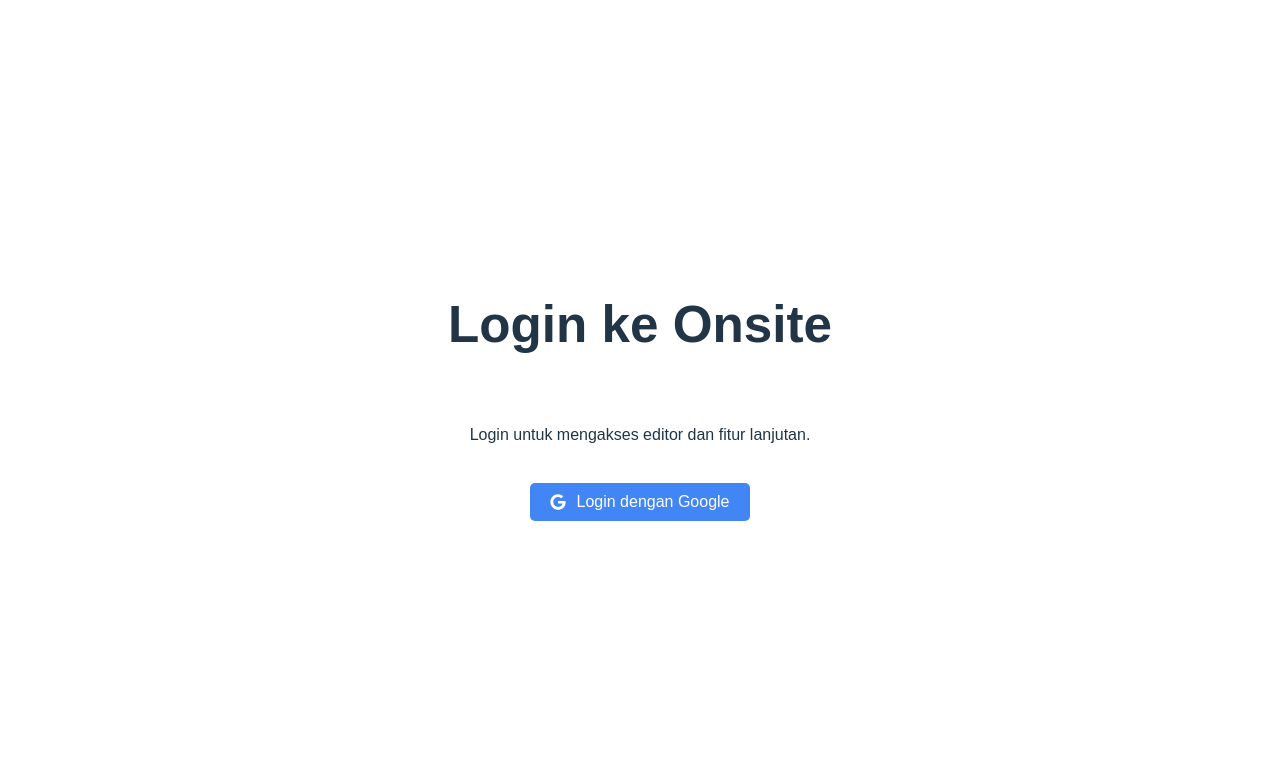
Repository: arifsoul/onsite
Page: /login (app in onsite/)
An editor plug-in stored every save of this project. The page is shown before and after the next save, followed by the edit.
The browser window is 1280 px wide. The pictures show the whole page.
The project was rebuilt for these pictures with package versions that can differ from the ones it lists, and the page was loaded fresh each time. Also part of the build but not shown: onsite/vite.config.js, onsite/src/services/deepseekApi.js, onsite/src/components/Generator/AIGenerator.css, onsite/src/components/Generator/AIGenerator.jsx, onsite/src/components/Preview/LivePreview.css, onsite/src/components/Preview/LivePreview.jsx, onsite/src/pages/Home.jsx, onsite/src/components/Editor/CSSPanel.jsx and 4 more.

Above is the page before, as saved 2025-04-14 17:00:15.

### onsite/src/index.css
:root {
  font-family: system-ui, Avenir, Helvetica, Arial, sans-serif;
  line-height: 1.5;
  font-weight: 400;

  color-scheme: light dark;
  color: rgba(255, 255, 255, 0.87);
  background-color: #242424;

  font-synthesis: none;
  text-rendering: optimizeLegibility;
  -webkit-font-smoothing: antialiased;
  -moz-osx-font-smoothing: grayscale;
}

a {
  font-weight: 500;
  color: #646cff;
  text-decoration: inherit;
}
a:hover {
  color: #535bf2;
}

body {
  margin: 0;
  display: flex;
  place-items: center;
  min-width: 320px;
  min-height: 100vh;
  font-family: Arial, sans-serif;
}

h1 {
  font-size: 3.2em;
  line-height: 1.1;
}

button {
  border-radius: 8px;
  border: 1px solid transparent;
  padding: 0.6em 1.2em;
  font-size: 1em;
  font-weight: 500;
  font-family: inherit;
  background-color: #1a1a1a;
  cursor: pointer;
  transition: border-color 0.25s;
}
button:hover {
  border-color: #646cff;
}
button:focus,
button:focus-visible {
  outline: 4px auto -webkit-focus-ring-color;
}

@media (prefers-color-scheme: light) {
  :root {
    color: #213547;
    background-color: #ffffff;
  }
  a:hover {
    color: #747bff;
  }
  button {
    background-color: #f9f9f9;
  }
}

### onsite/src/App.jsx
import { BrowserRouter as Router, Routes, Route } from 'react-router-dom';
import { Auth0Provider } from '@auth0/auth0-react';
import { CodeProvider } from './context/CodeContext';
import Home from './pages/Home';
import Editor from './pages/Editor';
import Login from './pages/Login';
import './App.css';

function App() {
  return (
    <Auth0Provider
      domain={import.meta.env.VITE_AUTH0_DOMAIN}
      clientId={import.meta.env.VITE_AUTH0_CLIENT_ID}
      redirectUri={window.location.origin}
    >
      <CodeProvider>
        <Router>
          <Routes>
            <Route path="/" element={<Home />} />
            <Route path="/login" element={<Login />} />
            <Route path="/editor" element={<Editor />} />
          </Routes>
        </Router>
      </CodeProvider>
    </Auth0Provider>
  );
}

export default App;

### onsite/src/context/CodeContext.jsx
import { createContext, useState, useContext } from 'react';

const CodeContext = createContext();

export const CodeProvider = ({ children }) => {
  const [generatedCode, setGeneratedCode] = useState({
    html: '',
    css: '',
    js: '',
  });
  const [components, setComponents] = useState([]);

  const updateComponent = (id, updates) => {
    setComponents((prev) =>
      prev.map((comp) =>
        comp.id === id ? { ...comp, ...updates } : comp
      )
    );
  };

  return (
    <CodeContext.Provider
      value={{ generatedCode, setGeneratedCode, components, setComponents, updateComponent }}
    >
      {children}
    </CodeContext.Provider>
  );
};

export const useCode = () => useContext(CodeContext);

### onsite/src/pages/Login.jsx
import GoogleLogin from '../components/Auth/GoogleLogin';
import './Login.css';

const Login = () => {
  return (
    <div className="login-container">
      <h1>Login ke Onsite</h1>
      <p>Login untuk mengakses editor dan fitur lanjutan.</p>
      <GoogleLogin />
    </div>
  );
};

export default Login;

### onsite/src/components/Auth/GoogleLogin.jsx
import { useAuth0 } from '@auth0/auth0-react';
import { FaGoogle } from 'react-icons/fa';
import './GoogleLogin.css';

const GoogleLogin = () => {
  const { loginWithRedirect, isAuthenticated, user, logout } = useAuth0();

  return (
    <div>
      {isAuthenticated ? (
        <div className="user-info">
          <img src={user?.picture} alt={user?.name} />
          <span>{user?.name}</span>
          <button
            className="logout-btn"
            onClick={() => logout({ returnTo: window.location.origin })}
          >
            Logout
          </button>
        </div>
      ) : (
        <button
          className="google-login-btn"
          onClick={() => loginWithRedirect({ connection: 'google-oauth2' })}
        >
          <FaGoogle /> Login dengan Google
        </button>
      )}
    </div>
  );
};

export default GoogleLogin;

### onsite/src/pages/Login.css
.login-container {
    display: flex;
    flex-direction: column;
    align-items: center;
    justify-content: center;
    height: 100vh;
    gap: 20px;
  }

### onsite/src/components/Auth/GoogleLogin.css
.google-login-btn {
  display: flex;
  align-items: center;
  gap: 10px;
  padding: 10px 20px;
  background-color: #4285f4;
  color: white;
  border: none;
  border-radius: 5px;
  cursor: pointer;
  font-size: 16px;
}

.user-info {
  display: flex;
  align-items: center;
  gap: 10px;
}

.user-info img {
  border-radius: 50%;
  width: 40px;
  height: 40px;
}

.logout-btn {
  padding: 5px 10px;
  background-color: #dc3545;
  color: white;
  border: none;
  border-radius: 5px;
  cursor: pointer;
}

### onsite/src/pages/Home.css
/* src/pages/Home.css */
.home-container {
    display: flex;
    flex-direction: column;
    min-height: 100vh;
    background-color: #f8f9fa;
  }

  /* Header */
  .home-header {
    display: flex;
    justify-content: space-between;
    align-items: center;
    padding: 1.5rem 2rem;
    background-color: #ffffff;
    box-shadow: 0 2px 4px rgba(0, 0, 0, 0.08);
    position: sticky;
    top: 0;
    z-index: 100;
  }

  .logo h1 {
    font-size: 1.8rem;
    color: #1a3c87;
    margin: 0;
  }

  .logo span {
    font-size: 0.9rem;
    color: #6b7280;
    display: block;
  }

  /* Main Content */
  .home-main {
    flex: 1;
    padding: 2rem;
    max-width: 1400px;
    margin: 0 auto;
    width: 100%;
  }

  /* Hero Section */
  .hero-section {
    text-align: center;
    margin-bottom: 4rem;
  }

  .hero-section h2 {
    font-size: 2.5rem;
    color: #1f2937;
    margin-bottom: 1rem;
  }

  .hero-section p {
    font-size: 1.2rem;
    color: #4b5563;
    max-width: 700px;
    margin: 0 auto 1.5rem;
  }

  .hero-cta {
    display: inline-block;
    padding: 0.75rem 2rem;
    background-color: #2563eb;
    color: #ffffff;
    text-decoration: none;
    border-radius: 6px;
    font-size: 1.1rem;
    font-weight: 600;
    transition: background-color 0.2s;
  }

  .hero-cta:hover {
    background-color: #1d4ed8;
  }

  /* Features Section */
  .features-section {
    display: grid;
    grid-template-columns: repeat(auto-fit, minmax(300px, 1fr));
    gap: 2rem;
    margin-bottom: 3rem;
  }

  .card {
    background-color: #ffffff;
    border-radius: 10px;
    box-shadow: 0 4px 12px rgba(0, 0, 0, 0.1);
    padding: 2rem;
    transition: transform 0.3s ease, box-shadow 0.3s ease;
  }

  .card:hover {
    transform: translateY(-8px);
    box-shadow: 0 6px 16px rgba(0, 0, 0, 0.15);
  }

  .card h3 {
    font-size: 1.5rem;
    color: #1f2937;
    margin-bottom: 1rem;
  }

  .card p {
    font-size: 1rem;
    color: #4b5563;
    line-height: 1.6;
  }

  .description-card {
    display: flex;
    flex-direction: column;
    justify-content: center;
  }

  /* Footer */
  .home-footer {
    text-align: center;
    padding: 1.5rem;
    background-color: #ffffff;
    border-top: 1px solid #e5e7eb;
    color: #6b7280;
    font-size: 0.9rem;
  }

  /* Responsive Design */
  @media (max-width: 1024px) {
    .features-section {
      grid-template-columns: 1fr;
    }
  }

  @media (max-width: 768px) {
    .home-header {
      flex-direction: column;
      gap: 1rem;
      text-align: center;
    }

    .hero-section h2 {
      font-size: 2rem;
    }

    .hero-section p {
      font-size: 1rem;
    }

    .hero-cta {
      padding: 0.6rem 1.5rem;
      font-size: 1rem;
    }

    .card {
      padding: 1.5rem;
    }
  }

### onsite/src/pages/Editor.css
/* src/pages/Editor.css */
.editor-container {
    display: flex;
    flex-direction: column;
    min-height: 100vh;
    background-color: #f8f9fa;
  }

  /* Header */
  .editor-header {
    display: flex;
    justify-content: space-between;
    align-items: center;
    padding: 1.5rem 2rem;
    background-color: #ffffff;
    box-shadow: 0 2px 4px rgba(0, 0, 0, 0.08);
    position: sticky;
    top: 0;
    z-index: 100;
  }

  .logo h1 {
    font-size: 1.8rem;
    color: #1a3c87;
    margin: 0;
  }

  .logo span {
    font-size: 0.9rem;
    color: #6b7280;
    display: block;
  }

  /* Main Content */
  .editor-main {
    flex: 1;
    padding: 2rem;
    max-width: 1400px;
    margin: 0 auto;
    width: 100%;
  }

  /* Login Prompt */
  .login-prompt {
    text-align: center;
    max-width: 600px;
    margin: 0 auto;
  }

  .login-prompt h2 {
    font-size: 2rem;
    color: #1f2937;
    margin-bottom: 1rem;
  }

  .login-prompt p {
    font-size: 1.1rem;
    color: #4b5563;
    margin-bottom: 2rem;
  }

  /* Editor Section */
  .editor-section {
    display: grid;
    grid-template-columns: 1fr 1fr;
    gap: 2rem;
  }

  .card {
    background-color: #ffffff;
    border-radius: 10px;
    box-shadow: 0 4px 12px rgba(0, 0, 0, 0.1);
    padding: 2rem;
    transition: transform 0.3s ease, box-shadow 0.3s ease;
  }

  .card:hover {
    transform: translateY(-8px);
    box-shadow: 0 6px 16px rgba(0, 0, 0, 0.15);
  }

  .card h3 {
    font-size: 1.5rem;
    color: #1f2937;
    margin-bottom: 1rem;
  }

  /* Footer */
  .editor-footer {
    text-align: center;
    padding: 1.5rem;
    background-color: #ffffff;
    border-top: 1px solid #e5e7eb;
    color: #6b7280;
    font-size: 0.9rem;
  }

  /* Responsive Design */
  @media (max-width: 1024px) {
    .editor-section {
      grid-template-columns: 1fr;
    }
  }

  @media (max-width: 768px) {
    .editor-header {
      flex-direction: column;
      gap: 1rem;
      text-align: center;
    }

    .login-prompt h2 {
      font-size: 1.8rem;
    }

    .login-prompt p {
      font-size: 1rem;
    }

    .card {
      padding: 1.5rem;
    }
  }

Loaded but not shown: onsite/index.html (common file); onsite/src/main.jsx (common file); onsite/src/App.css (common file)

After the next save:
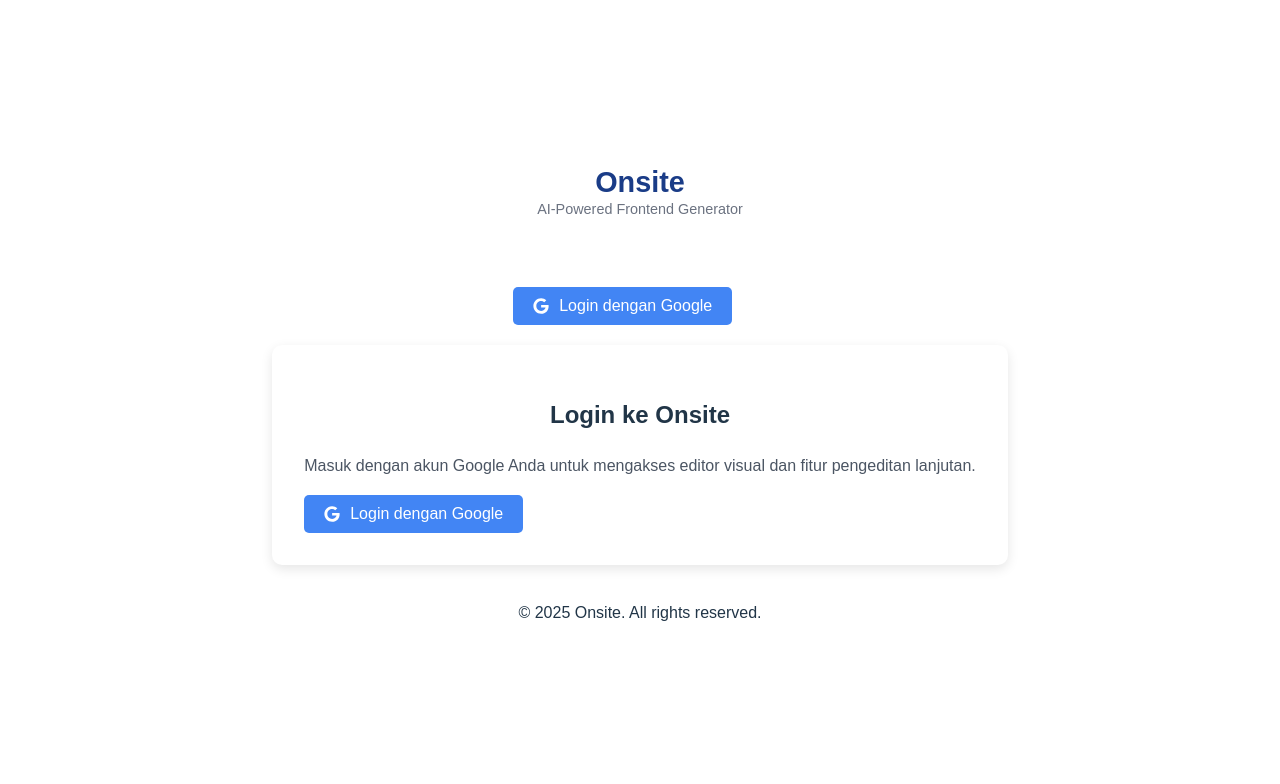
Saved 16 s later.
--- a/onsite/src/pages/Login.jsx
+++ b/onsite/src/pages/Login.jsx
@@ -4,9 +4,27 @@
 const Login = () => {
   return (
     <div className="login-container">
-      <h1>Login ke Onsite</h1>
-      <p>Login untuk mengakses editor dan fitur lanjutan.</p>
-      <GoogleLogin />
+      <header className="login-header">
+        <div className="logo">
+          <h1>Onsite</h1>
+          <span>AI-Powered Frontend Generator</span>
+        </div>
+        <GoogleLogin />
+      </header>
+      <main className="login-main">
+        <section className="login-section">
+          <div className="card login-card">
+            <h2>Login ke Onsite</h2>
+            <p>
+              Masuk dengan akun Google Anda untuk mengakses editor visual dan fitur pengeditan lanjutan.
+            </p>
+            <GoogleLogin />
+          </div>
+        </section>
+      </main>
+      <footer className="login-footer">
+        <p>© 2025 Onsite. All rights reserved.</p>
+      </footer>
     </div>
   );
 };
